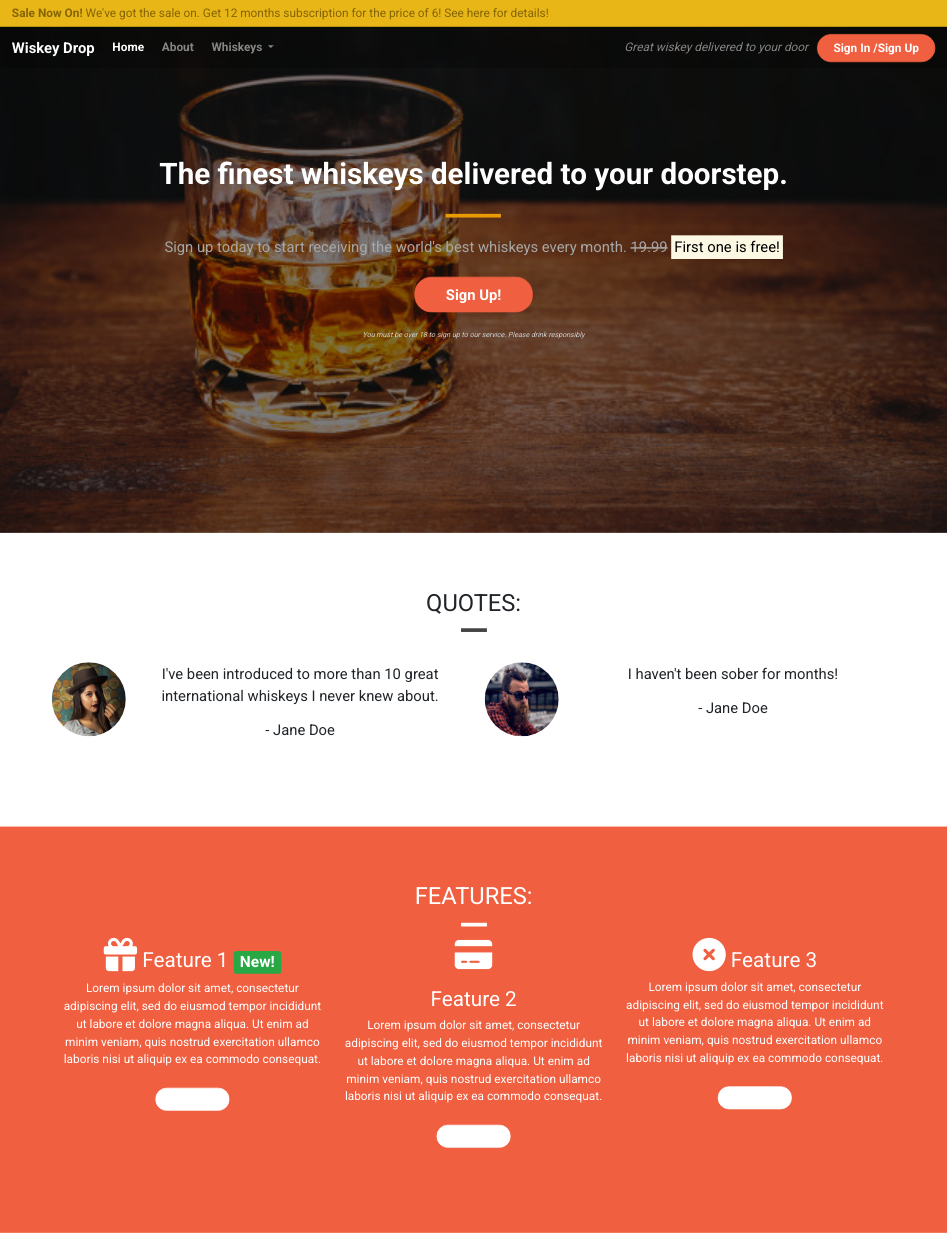
Repository: manub7/bootstrap4-mobile-first
Page: index.html
The author's editor kept a record of every edit. The page is drawn from the files as they stood at one moment, then again after the next edit.
The browser window is 1280 px wide. The pictures show the whole page, at 74% of full size.
Backgrounds fixed to the window are drawn as part of the page. Some web libraries are served in a nearby version.

Above is the page before.

After the next edit:
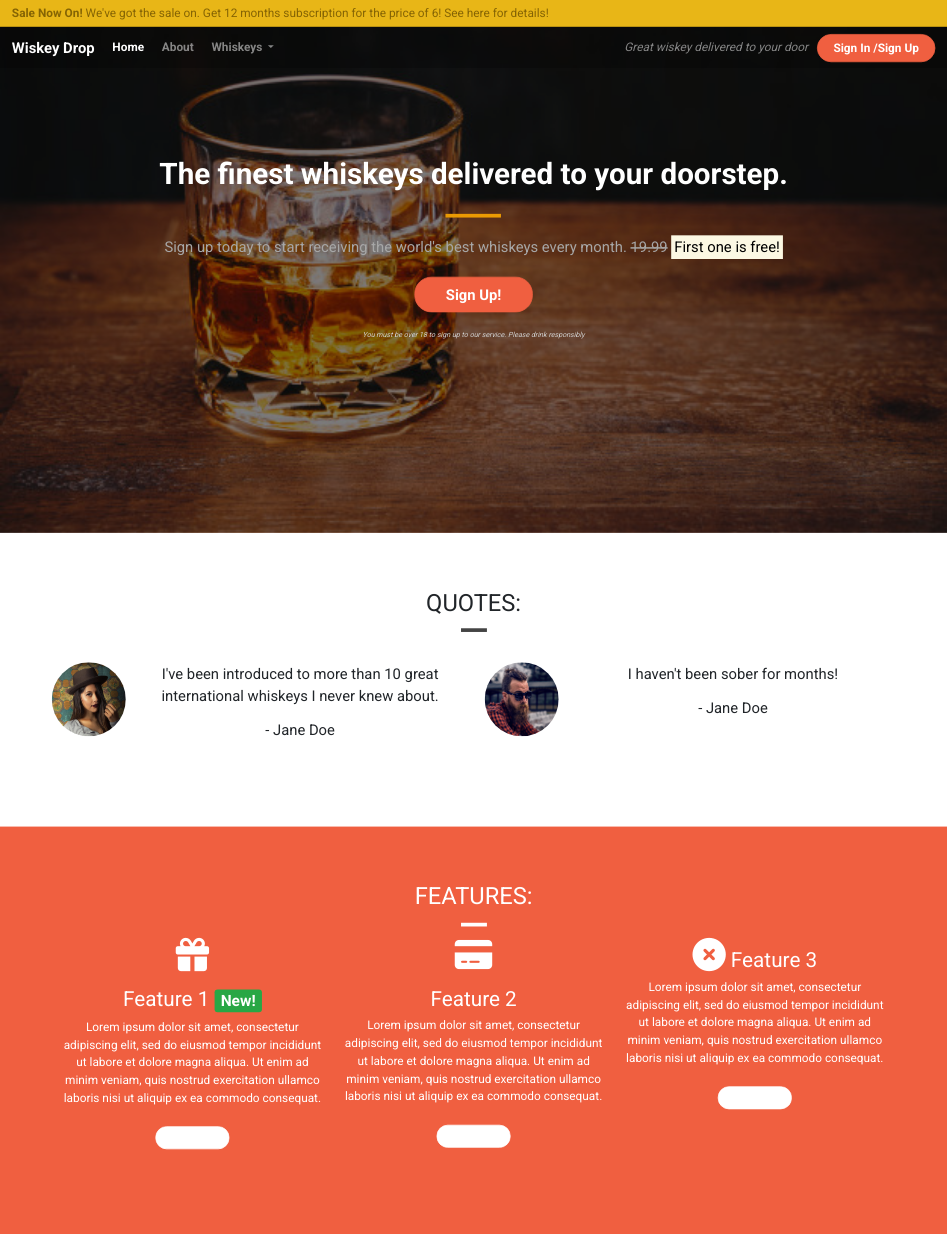
The edit:
--- a/index.html
+++ b/index.html
@@ -139,7 +139,7 @@
                     <div class="row">
                         <div class="col-12 col-md-6 col-lg-4 page-header">
                             <div class="feature">
-                                <h3><i class="fas fa-gift d-none d-sm-inline"></i> Feature 1 <span class="badge badge-success">New!</span></h3>
+                                <h3><i class="fas fa-gift d-none d-sm-block"></i> Feature 1 <span class="badge badge-success">New!</span></h3>
                                 <p>Lorem ipsum dolor sit amet, consectetur adipiscing elit, sed do eiusmod tempor incididunt ut labore et dolore magna aliqua. Ut enim ad minim veniam, quis nostrud exercitation ullamco laboris nisi ut aliquip ex ea commodo
                                     consequat.
                                 </p>
